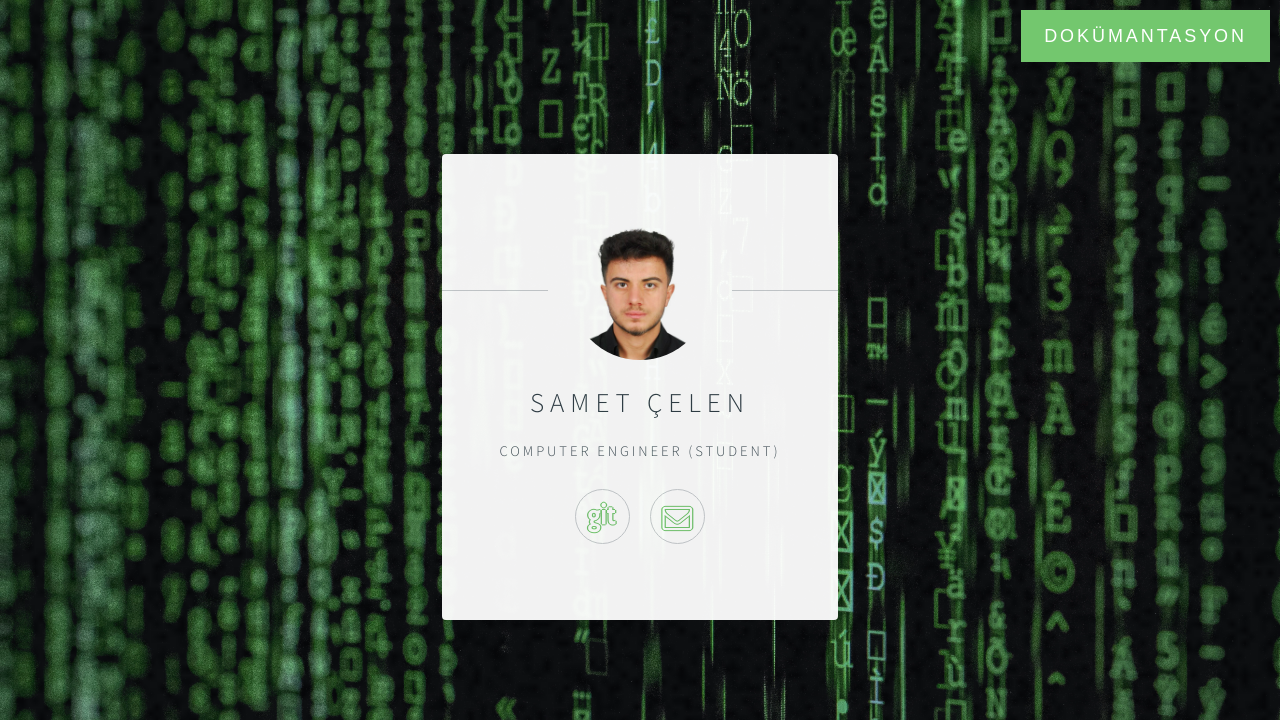
Repository: Sametcelen/sametcelen.github.io
Page: index.html
These files come from the project's save history. The page is drawn as it stood at one moment and after the next save; the edit follows.
The browser window is 1280 px wide. The pictures show the whole page.

Above is the page before, as saved 2024-10-31 21:03:00.

After the next save:
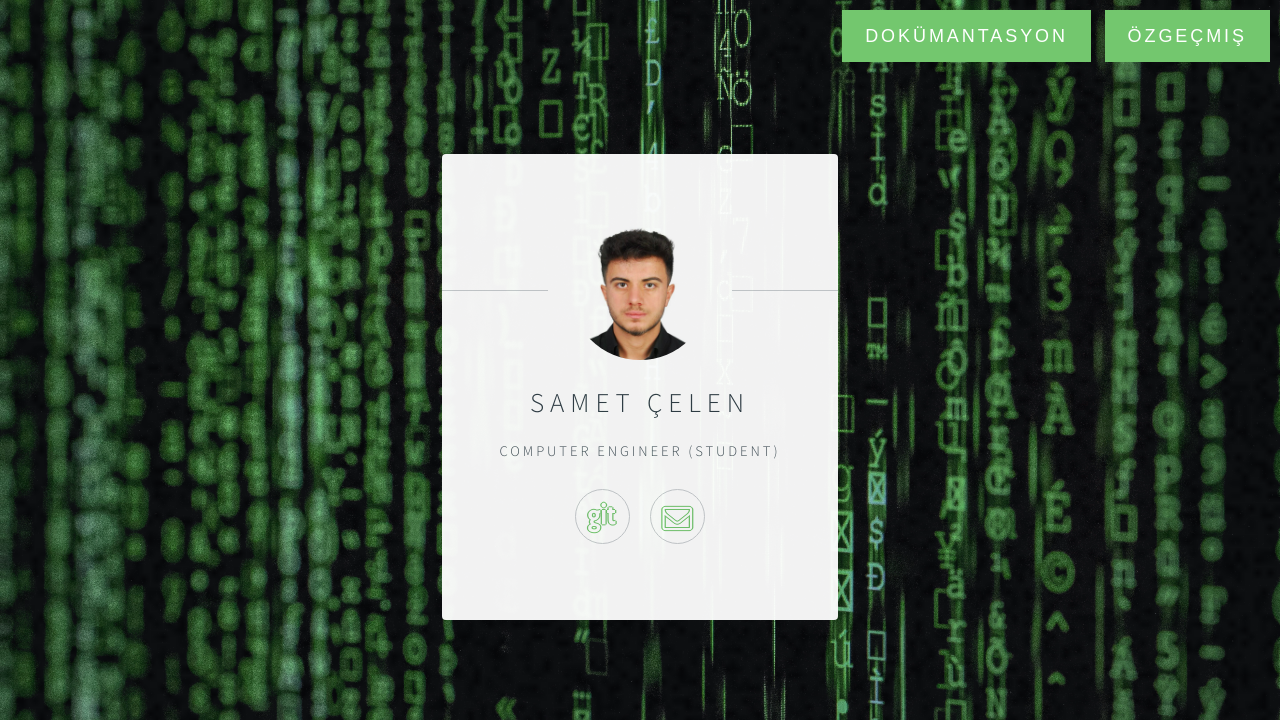
Saved 42 s later.
--- a/assets/css/main.css
+++ b/assets/css/main.css
@@ -26,7 +26,7 @@
 	}
 	#butblog2{
 		position: fixed;
-		right: 10px;
+		right: 189px;
 		top: 10px;
 		z-index: 1;
 	}
